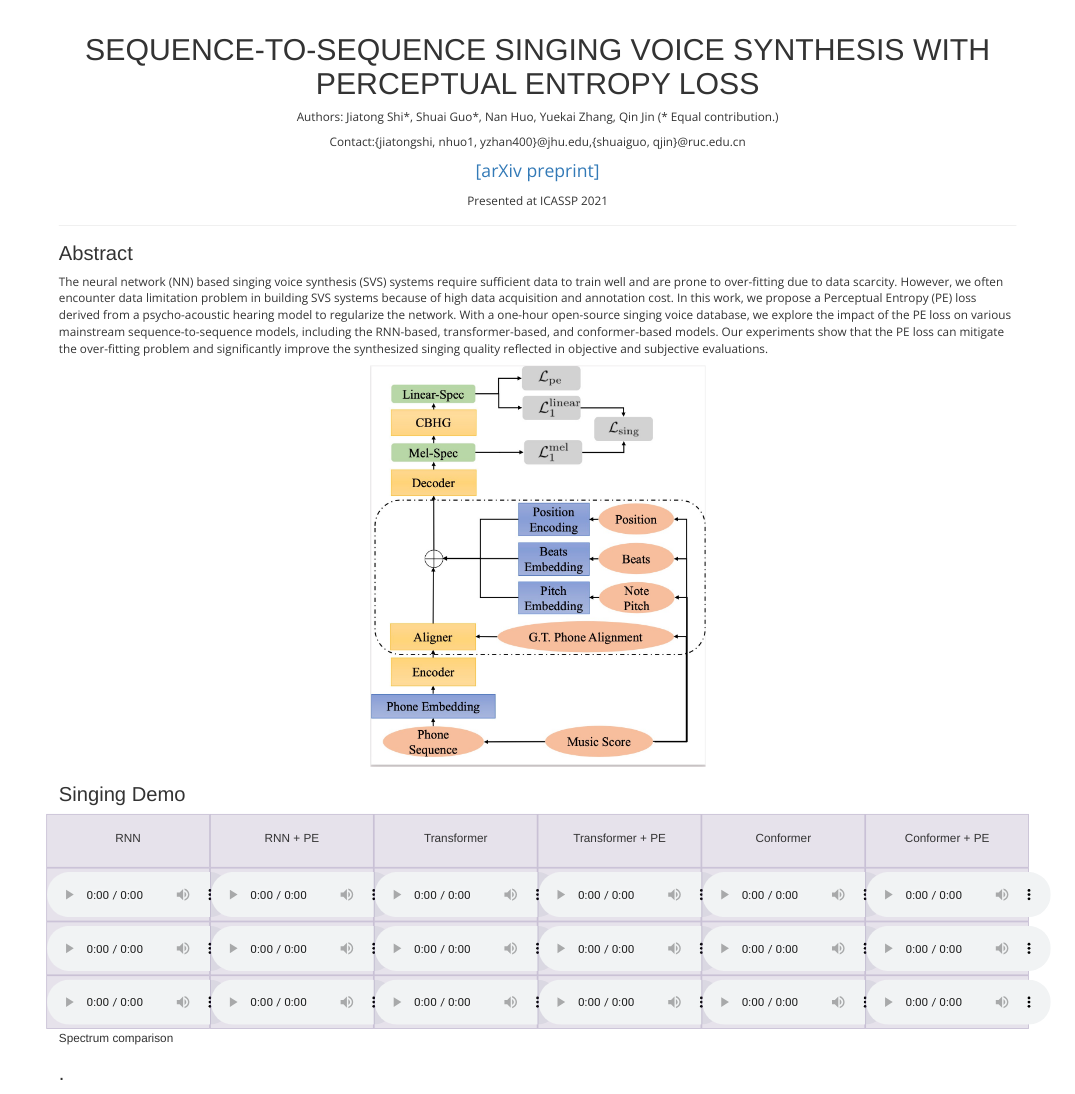
Repository: PeterGuoRuc/SVS_pe.github.io
Page: index.html
An editor plug-in stored every save of this project. The page is shown before and after a run of saves, followed by the edit.
The browser window is 1280 px wide. The pictures show the whole page, at 84% of full size.

Above is the page before, as saved 2021-06-06 17:14:42.

After the next 2 saves:
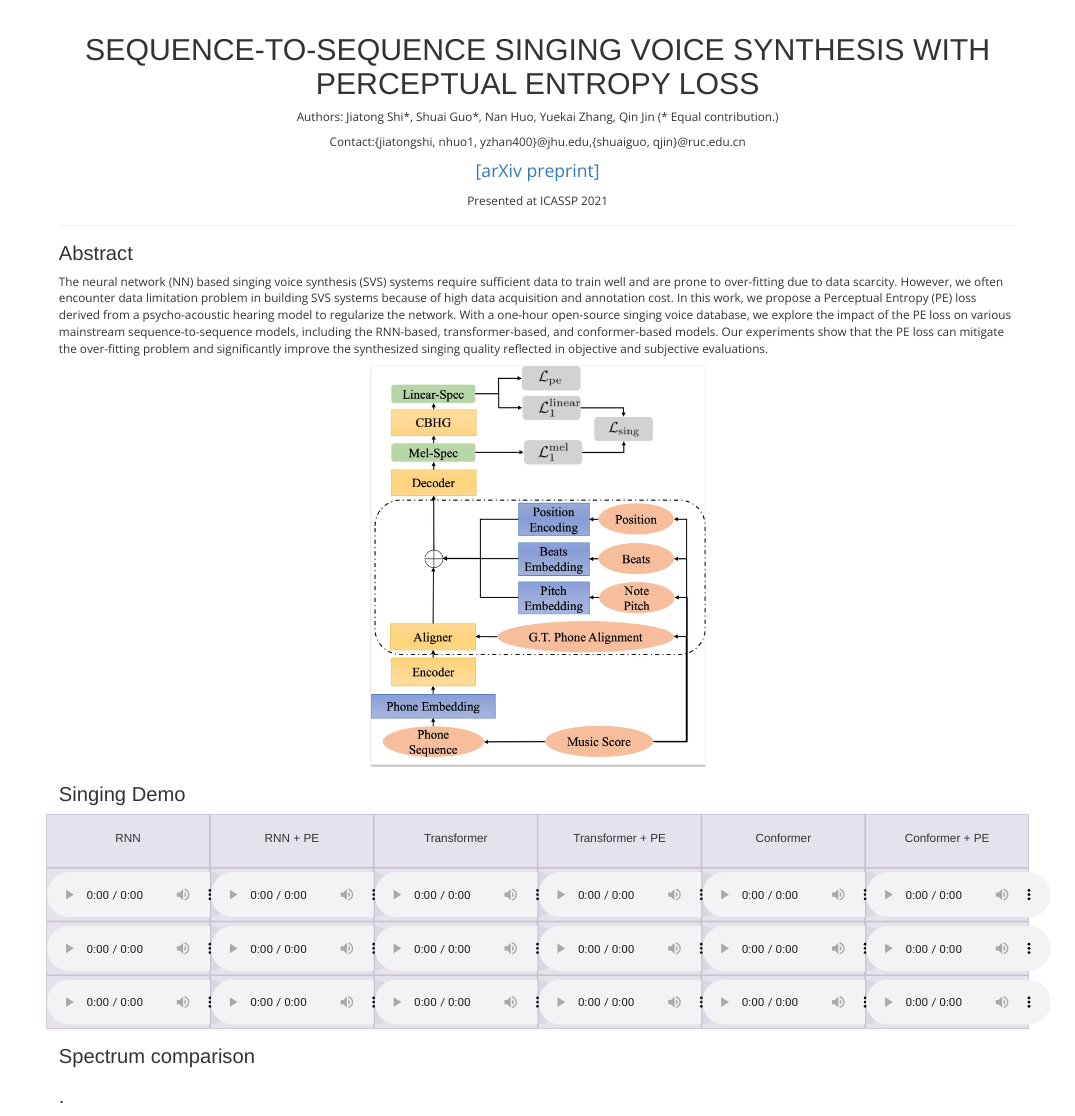
The 2 saves are shown as one change because they came seconds apart.
The last was saved 20 s later.
--- a/index.html
+++ b/index.html
@@ -98,7 +98,7 @@
         <div class="col-md-2"><audio src="files/4_Feel_4.mp3" controls></audio></div>
       </div>
 
-      Spectrum comparison
+      <h3>Spectrum comparison</h3>
       <h3>.</h3>
 
 
